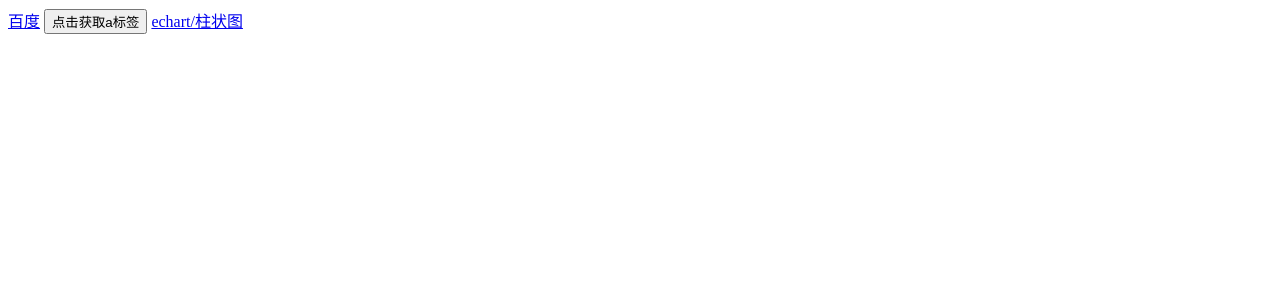
Repository: zyz963272311/testGitHub
Page: http://localhost/Test-javascript-01/
These files come from the project's save history. The page is drawn as it stood at one moment and after the next save; the edit follows.
The browser window is 1280 px wide. The pictures show the whole page.
The page is served by Tomcat 9.

Above is the page before, as saved 2017-06-21 14:36:55.

After the next save:
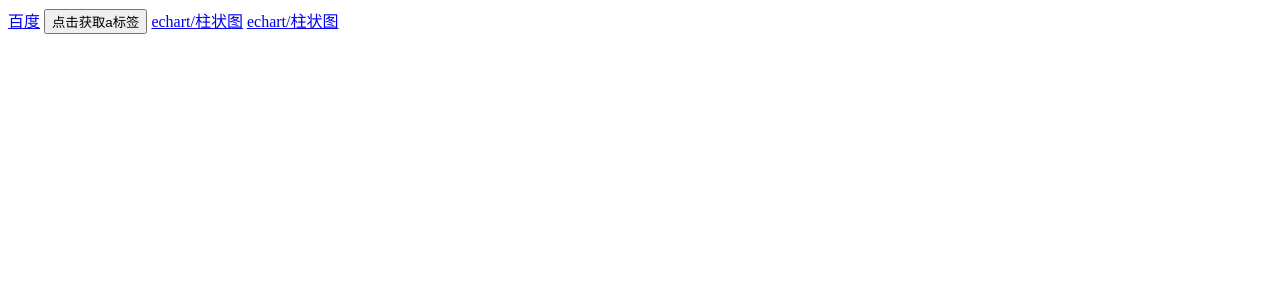
Saved 14 s later.
--- a/Test-javascript-01/WebContent/index.jsp
+++ b/Test-javascript-01/WebContent/index.jsp
@@ -22,5 +22,6 @@
 	<a href = "http://www.baidu.com" id="baidu">百度</a>
 	<input type="button" value="点击获取a标签" onclick="getA()">
 	<a href="echart/bar.jsp">echart/柱状图</a>
+	<a href="echart/bar-json.jsp">echart/柱状图</a>
 </body>
 </html>
